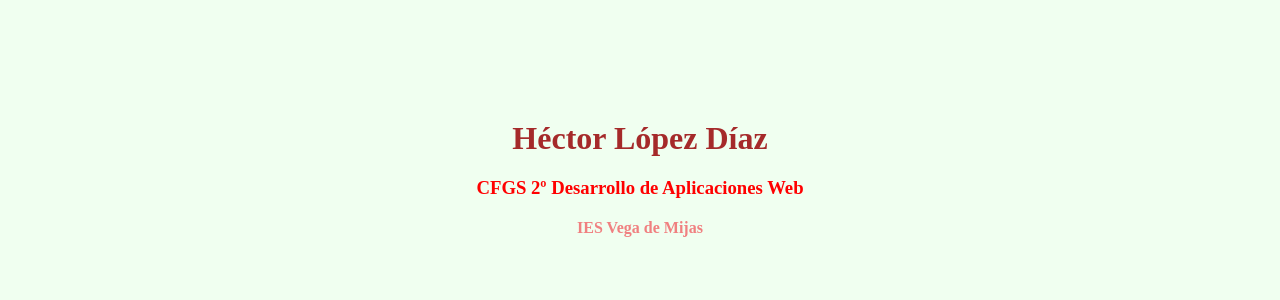
Repository: Ibizus/ejercicios_JSP
Page: http://localhost/ejercicios_Hector/ejercicio1/index.jsp
These files come from the project's save history. The page is drawn as it stood at one moment and after the next save; the edit follows.
The browser window is 1280 px wide. The pictures show the whole page.
The page is served by Tomcat 9.

Above is the page before, as saved 2023-11-16 19:32:06.

### ejercicios_Hector/src/main/webapp/ejercicio1/index.jsp
<%@ page language="java" contentType="text/html; charset=UTF-8"
   pageEncoding="UTF-8"%>
<!DOCTYPE html>
<html>
<head>
<meta charset="UTF-8">
<link rel="stylesheet" href="style.css"/>
<title>Ejercicio 1</title>
</head>
<body>
	<div>
		<h1>Héctor López Díaz</h1>
		<h3>CFGS 2º Desarrollo de Aplicaciones Web</h3>
		<h4><a>IES Vega de Mijas</a></h4>
	</div>

</body>
</html>

### ejercicios_Hector/src/main/webapp/ejercicio1/style.css
@charset "UTF-8";
*{
   padding: 0;
   margin: 0;
   box-sizing: border-box;
}
body{
	background-color: honeydew;
	padding-top: 100px;

	display: flex;
	flex-direction: column;
   align-items: center;
   margin: auto;
}
h1, h4, h6{
	text-align: center;
	margin: 20px;
}
h1{
	color: brown;
}
h3{
	color: red;
}
h4{
	color: lightcoral;
}

After the next save:
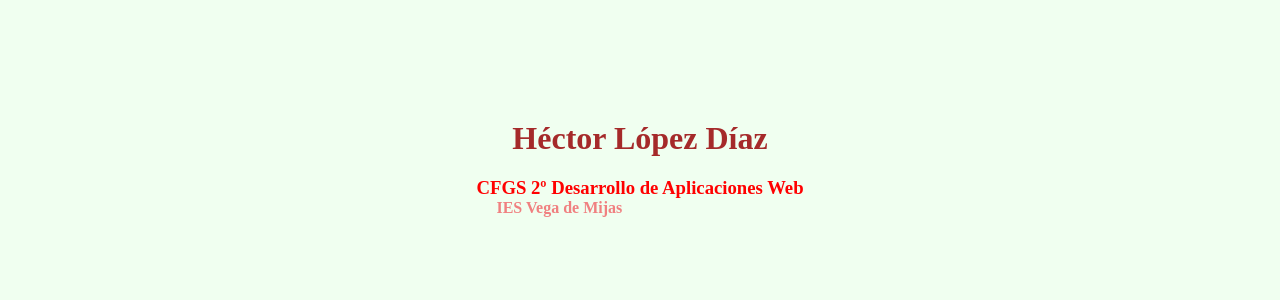
Saved 16 s later.
--- a/ejercicios_Hector/src/main/webapp/ejercicio1/style.css
+++ b/ejercicios_Hector/src/main/webapp/ejercicio1/style.css
@@ -13,7 +13,7 @@ body{
    align-items: center;
    margin: auto;
 }
-h1, h4, h6{
+h1, h4 a, h6{
 	text-align: center;
 	margin: 20px;
 }
@@ -23,6 +23,6 @@ h1{
 h3{
 	color: red;
 }
-h4{
+h4 a{
 	color: lightcoral;
 }
